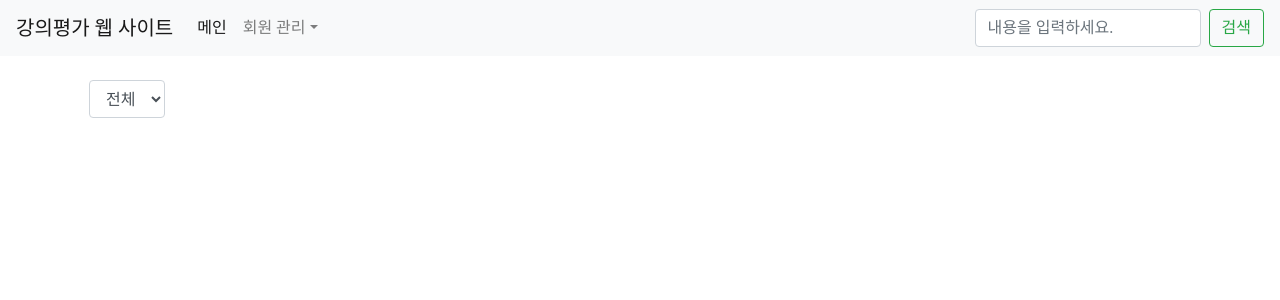
Repository: sur2/JSP-Lecture-Evaluation
Page: http://localhost/Lecture_Evaluation/userLogin.jsp
The author's editor kept a copy of each file at every save. The page is drawn from the files as they stood at one save, then again after the next save.
The browser window is 1280 px wide. The pictures show the whole page.
Some web fonts or font styles are not loaded; a fallback is used. The page is served by Tomcat 9.

Above is the page before, as saved 2020-01-03 07:26:29.

After the next save:
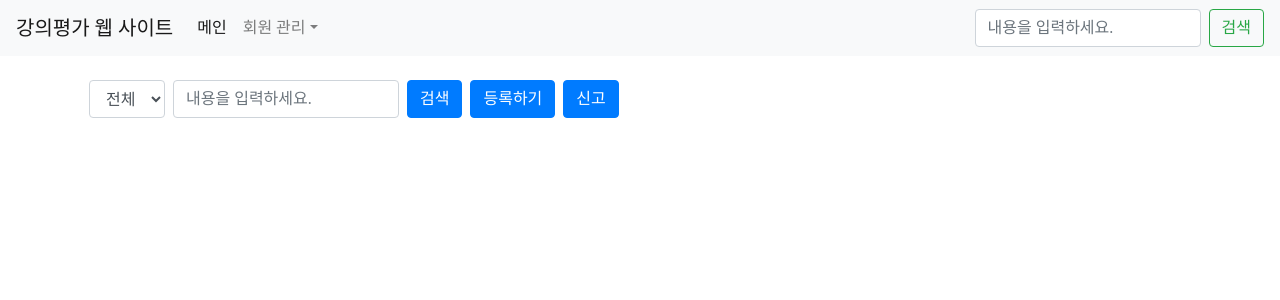
Saved 26 min 1 s later.
--- a/Lecture Evaluation/WebContent/userLogin.jsp
+++ b/Lecture Evaluation/WebContent/userLogin.jsp
@@ -47,6 +47,10 @@
 				<option value="교양">교양</option>
 				<option value="기타">기타</option>
 			</select>
+			<input type="text" name="search" class="form-control mx-1 mt-2" placeholder="내용을 입력하세요.">
+			<button type="submit" class="btn btn-primary mx-1 mt-2">검색</button>
+			<a class="btn btn-primary mx-1 mt-2" data-toggle="modal" href="#registerModal">등록하기</a>
+			<a class="btn btn-primary mx-1 mt-2" data-toggle="modal" href="#reportModal">신고</a>
 		</form>
 	</section>
 
